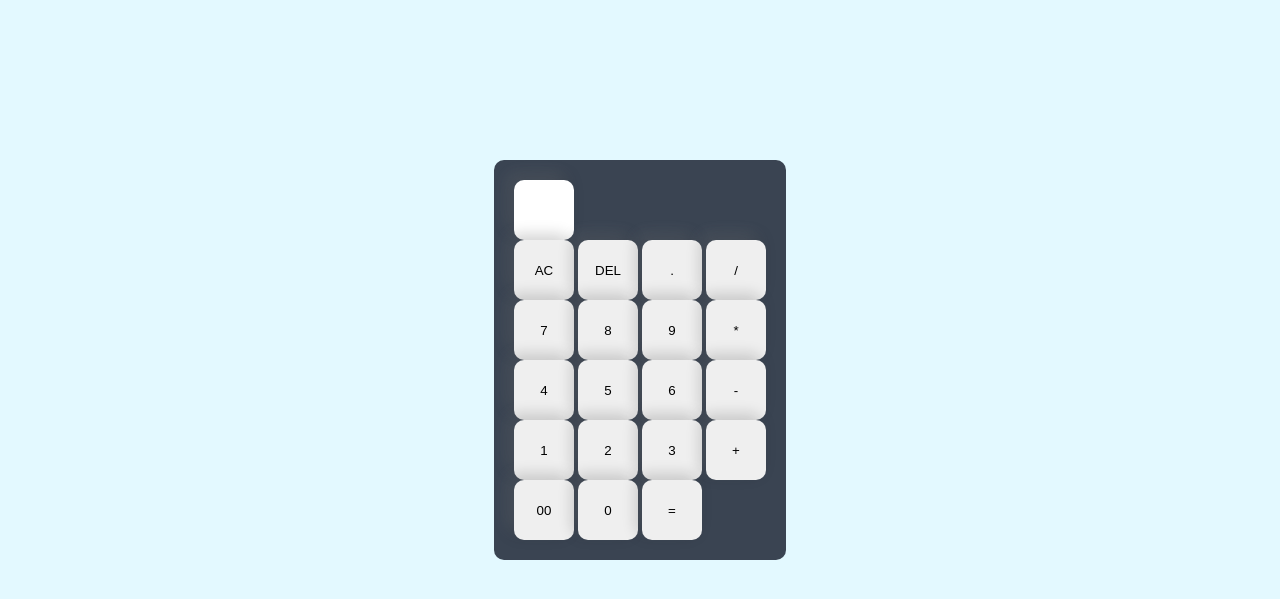
Repository: isaacCodes1/Calculator
Page: index.html
An editor plug-in stored every save of this project. The page is shown before and after a run of saves, followed by the edit.
The browser window is 1280 px wide. The pictures show the whole page.

Above is the page before, as saved 2024-04-01 18:20:11.

### index.html
<!DOCTYPE html>
<html lang="en">
  <head>
    <meta charset="UTF-8" />
    <meta name="viewport" content="width=device-width, initial-scale=1.0" />
    <title>Calculator with JavaScript.</title>
    <link rel="stylesheet" href="style.css" />
  </head>
  <body>
    <div class="container">
      <div class="calculator">
        <form>
          <div>
            <input type="text" name="display" />
          </div>
          <div>
            <input type="button" value="AC" />
            <input type="button" value="DEL" />
            <input type="button" value="." />
            <input type="button" value="/" />
          </div>
          <div>
            <input type="button" value="7" />
            <input type="button" value="8" />
            <input type="button" value="9" />
            <input type="button" value="*" />
          </div>
          <div>
            <input type="button" value="4" />
            <input type="button" value="5" />
            <input type="button" value="6" />
            <input type="button" value="-" />
          </div>
          <div>
            <input type="button" value="1" />
            <input type="button" value="2" />
            <input type="button" value="3" />
            <input type="button" value="+" />
          </div>
          <div>
            <input type="button" value="00" />
            <input type="button" value="0" />
            <input type="button" value="=" />
          </div>
        </form>
      </div>
    </div>
  </body>
</html>

### style.css
*{
    margin: 0;
    padding: 0;
    box-sizing: border-box;
}
.container{
    width:100%;
    height: 100vh;
    background: #e3f9ff;
    display: flex;
    align-items: center;
    justify-content: center;
}
.calculator{
    background: #3a4452;
    padding: 20px;
    border-radius: 10px;
}
.calculator form input{
    border: 0;
    outline: 0;
    width: 60px;
    height: 60px;
    border-radius: 10px;
    box-shadow: -8px -8px  15px rgba(255, 255, 255, 0.1), -5px -5px  15px rgba(0, 0, 0, 0.2);
    back
}

After the next 6 saves:
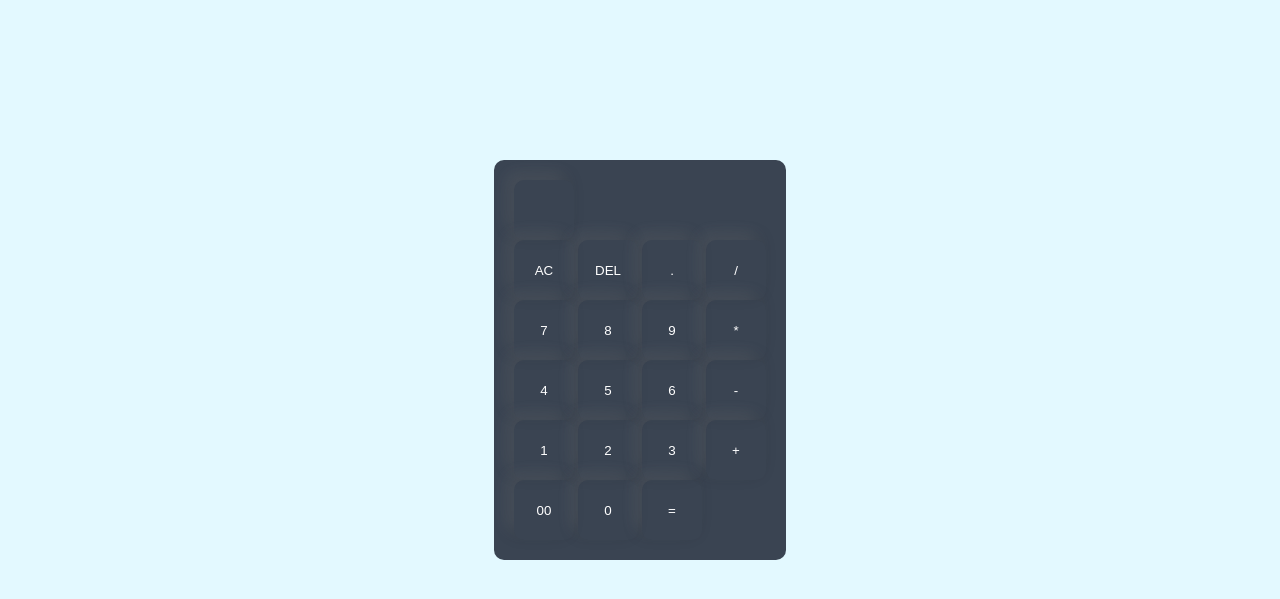
The 6 saves are shown as one change because they came seconds apart.
The last was saved 14 s later.
--- a/style.css
+++ b/style.css
@@ -23,5 +23,7 @@
     height: 60px;
     border-radius: 10px;
     box-shadow: -8px -8px  15px rgba(255, 255, 255, 0.1), -5px -5px  15px rgba(0, 0, 0, 0.2);
-    back
+    background: transparent;
+    font-style: 20px;
+    color: #fff;
 }
